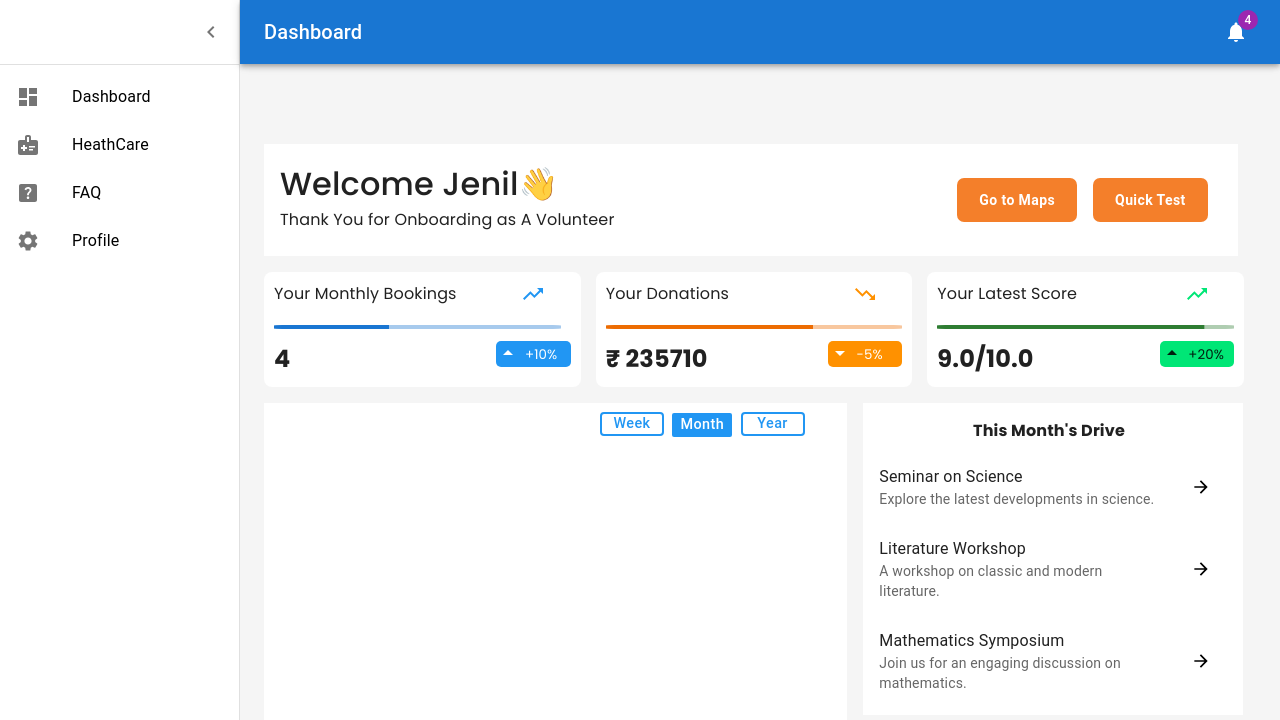
Repository: shubhampirate/Google_Solutions_Edural
Page: /dashboard
The author's editor kept a copy of each file at every save. The page is drawn from the files as they stood at one save, then again after the next save.
The browser window is 1280 px wide. The pictures show the whole page.
The page's requests for data from a server got no answer. An inner scrolling area shows only its first screen. The project was rebuilt for these pictures with package versions that can differ from the ones it lists, and the page was loaded fresh each time. Some packages were replaced by stand-ins written for this rebuild. No one was signed in, and anything a server would have sent is missing. Also part of the build but not shown: src/Components/Navbar.jsx, src/Components/Footer.jsx, src/Components/CongratsCard.jsx, src/pages/Hero/Hero.jsx, src/pages/Sign_in.jsx.

Above is the page before, as saved 2024-02-03 18:59:18.

After the next save:
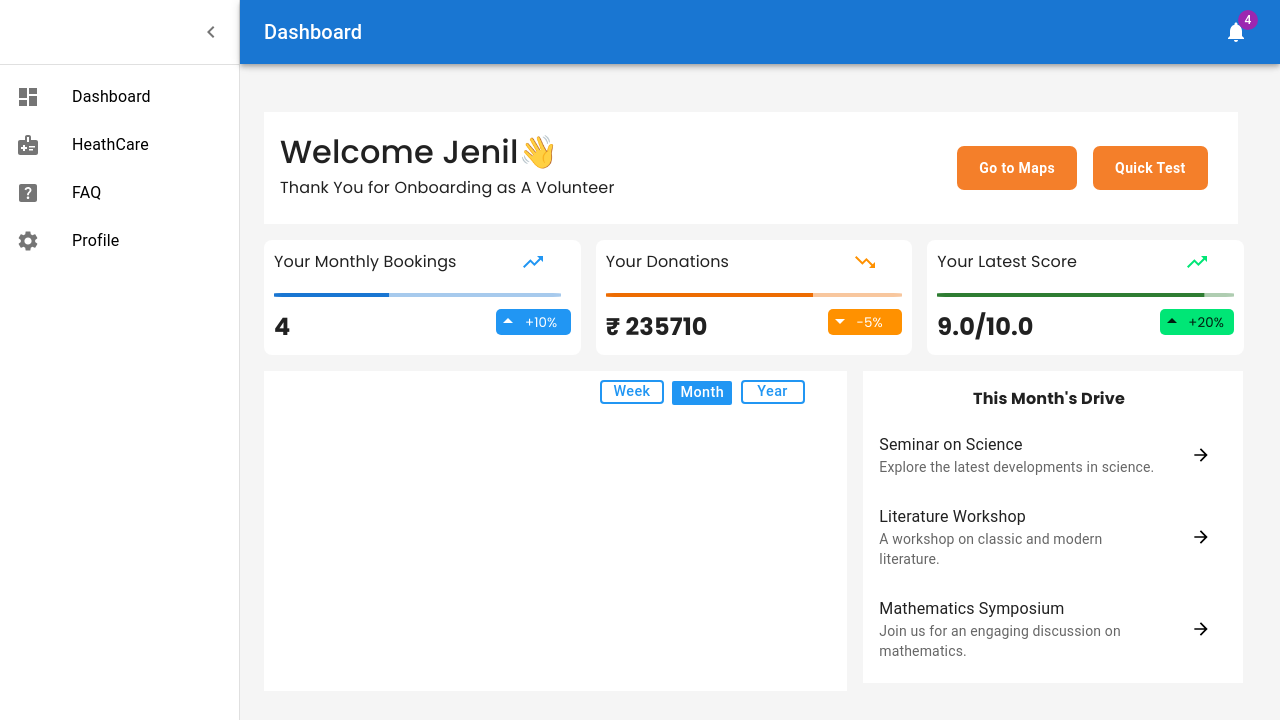
Saved 26 s later.
--- a/src/pages/Dashboard/Dashboard.jsx
+++ b/src/pages/Dashboard/Dashboard.jsx
@@ -197,7 +197,7 @@
             <Toolbar />
 
             <div>
-        <Grid container spacing={2} marginTop="1rem" paddingLeft={5}>
+        <Grid container spacing={2} paddingLeft={5}>
             <Grid item xs={12} sm={8}  style={{ backgroundColor: "white",paddingBottom: "1.5rem" }} >
             <div style={{ fontSize: '2rem', fontWeight: '500'}}>Welcome Jenil👋</div>
             {/* <div>See all activities- {formattedDate}</div> */}
